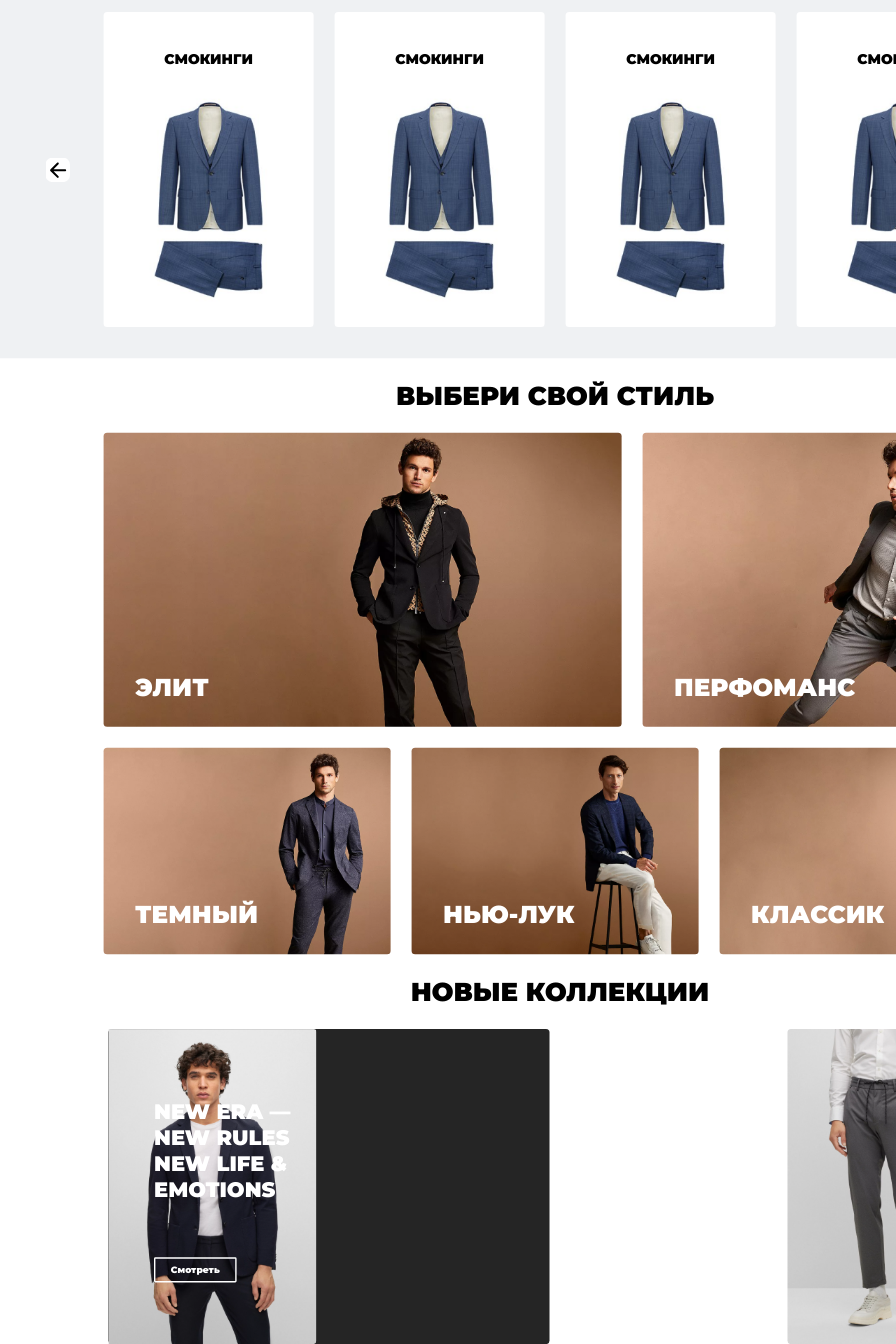
Repository: MaksimKrupkin/SigmaEllegance
Page: /
These files come from the project's save history. The page is drawn as it stood at one moment and after the next save; the edit follows.
The browser window is 1280 px wide. The pictures show the part of the page from y = 873 to 2793 px (the page is 2793 px tall), at 70% of full size.
An inner scrolling area shows only its first screen. Some web fonts or font styles are not loaded; a fallback is used. The project was rebuilt for these pictures with package versions that can differ from the ones it lists, and the page was loaded fresh each time.

Above is the page before, as saved 2023-11-23 23:18:55.

### public/index.html
<!DOCTYPE html>
<html lang="en">
  <head>
    <meta charset="utf-8" />

    <meta name="viewport" content="width=device-width, initial-scale=1" />

    <link rel="preconnect" href="https://fonts.googleapis.com" />
    <link rel="preconnect" href="https://fonts.gstatic.com" crossorigin />
    <link
      href="https://fonts.googleapis.com/css2?family=Roboto:wght@400;500;700&display=swap"
      rel="stylesheet" />
    <link
      href="https://fonts.googleapis.com/css2?family=Montserrat:ital,wght@0,300;0,500;0,600;0,900;1,400;1,500&family=Roboto:wght@400;500;700&display=swap"
      rel="stylesheet" />
    <link rel="preconnect" href="https://fonts.googleapis.com" />
    <link rel="preconnect" href="https://fonts.gstatic.com" crossorigin />
    <link
      href="https://fonts.googleapis.com/css2?family=Montserrat:wght@300&family=Roboto:wght@400;500;700&display=swap"
      rel="stylesheet" />
    <link href="https://fonts.cdnfonts.com/css/montserrat" rel="stylesheet" />
    <title>SigmaEllegance</title>
  </head>
  <body>
    <div id="root"></div>
  </body>
</html>

### src/App.js
import Header from './Components/Header/Header';
import HomePage from './Pages/HomePage';
import styles from './App.module.css';

function App() {
  return (
    <body>
      <div className={styles.container}>
        <Header />
        <HomePage />
      </div>
    </body>
  );
}

export default App;

### src/Components/Header/Header.jsx
import React from 'react';
import styles from './Header.module.css';
import logo from '../../assets/img/logo.svg';
import icon1 from '../../assets/img/Icon1.svg';
import icon2 from '../../assets/img/icon2.svg';
import icon3 from '../../assets/img/icon3.svg';
import icon4 from '../../assets/img/icon4.svg';

function Header() {
  return (
    <header className={styles.header}>
      <div className={styles.left_part}>
        <div className={styles.menu}>
          <img className={styles.icon1} src={icon1} alt="" />
          <p>Меню</p>
        </div>
        <div className={styles.search}>
          <img className={styles.icon2} src={icon2} alt="" />
          <p>Поиск</p>
        </div>
      </div>
      <div className={styles.logo_part}>
        <img className={styles.logo} src={logo} alt="" />
        <p>SigmaEllegance</p>
      </div>
      <div className={styles.right_part}>
        <div className={styles.liked}>
          <p>Желаемое</p>
          <img className={styles.icon3} src={icon3} alt="" />
        </div>
        <div className={styles.purchases}>
          <p>Мой SE</p>
          <img className={styles.icon4} src={icon4} alt="" />
        </div>
      </div>
    </header>
  );
}

export default Header;

### src/Pages/HomePage.jsx
import React from 'react';
import styles from './HomePage.module.css';
import mainScreenImage from '../assets/img/background.png';
import Slider from '../Components/Slider/Slider';
import Styles from '../Components/Styles/Styles';
import Collections from '../Components/Collections/Collections';

function HomePage() {
  return (
    <>
      <div className={styles.mainScreen}>
        <div className={styles.textBlock}>
          <div className={styles.title}>Мужская классика</div>
          <div className={styles.text}>
            Наши фирменные костюмы — это то, чем мы известны. Откройте для себя классические формы и
            оттенки, подходящие для вашего образа жизни.
          </div>
          <button className={styles.mainScreen_button}>Смотреть коллекцию</button>
        </div>
      </div>
      <Slider />
      <Styles />
      <Collections />
    </>
  );
}

export default HomePage;

### src/App.module.css
body {
  font-family: 'Montserrat', sans-serif;
  display: block;
  margin: 0 auto;
  padding: 0;
  width: 100%;
  overflow-x: hidden;
}
.container {
  width: 1600px;
  display: block;
  margin: 0 auto;
  position: relative;
}

*,
*::before,
*::after {
  box-sizing: border-box;
}

/* Links */

a,
a:link,
a:visited {
  text-decoration: none;
}

a:hover {
  text-decoration: none;
}

/* Common */

aside,
nav,
footer,
header,
section,
main {
  display: block;
}

h1,
h2,
h3,
h4,
h5,
h6,
p {
  font-size: inherit;
  font-weight: inherit;
}

ul,
ul li {
  list-style: none;
}

img {
  vertical-align: top;
}

img,
svg {
  max-width: 100%;
  height: auto;
}

address {
  font-style: normal;
}

/* Form */

input,
textarea,
button,
select {
  font-family: inherit;
  font-size: inherit;
  color: inherit;
  background-color: transparent;
}

input::-ms-clear {
  display: none;
}

button,
input[type='submit'] {
  display: inline-block;
  box-shadow: none;
  background-color: transparent;
  background: none;
  cursor: pointer;
}

input:focus,
input:active,
button:focus,
button:active {
  outline: none;
}

button::-moz-focus-inner {
  padding: 0;
  border: 0;
}

label {
  cursor: pointer;
}

legend {
  display: block;
}

### src/Components/Header/Header.module.css
.header {
  font-family: 'Montserrat', sans-serif;
  margin: 0 auto;
  width: 100%;
  height: 10vh;
  display: flex;
  justify-content: space-around;
  align-items: center;
}

.left_part {
  display: flex;
  justify-content: space-between;
  align-items: center;
  gap: 25px;
  color: #000;
  margin-bottom: -2px;

  font-family: Montserrat;
  font-size: 17px;
  font-style: normal;
  font-weight: 400;
  line-height: normal;
}
.menu {
  display: flex;
  justify-content: space-between;
  align-items: center;
  gap: 8px;
}
.icon1 {
  width: 22px;
  height: 22px;
  margin-bottom: 1px;
}
.search {
  display: flex;
  justify-content: space-between;
  align-items: center;
  gap: 8px;
}
.icon2 {
  width: 18px;
  height: 18px;
  margin-bottom: 3px;
}

.logo_part {
  margin-bottom: 3px;
  display: flex;
  justify-content: space-between;
  align-items: center;

  color: #000;

  font-family: Montserrat;
  font-size: 25px;
  font-style: normal;
  font-weight: 400;
  line-height: normal;
}

.logo {
  width: 67.375px;
  height: 69.103px;
  flex-shrink: 0;
  margin-right: -10px;
}
.right_part {
  margin-bottom: -2px;
  display: flex;
  justify-content: space-between;
  align-items: center;
  gap: 23px;
  font-family: Montserrat;
  font-size: 17px;
  font-style: normal;
  font-weight: 400;
  line-height: normal;
}

.liked {
  display: flex;
  justify-content: space-between;
  align-items: center;
  gap: 8px;
}
.icon3 {
  width: 22px;
  height: 22px;
  margin-bottom: 3px;
}

.purchases {
  display: flex;
  justify-content: space-between;
  align-items: center;
  gap: 8px;
}

.icon4 {
  width: 19px;
  height: 19px;
  margin-bottom: 3px;
}

### src/Pages/HomePage.module.css
.mainScreen {
  width: 1900px;
  height: 773px;
  position: relative;
  background-image: url(../assets/img/background.png);
  background-repeat: no-repeat;
  position: relative;
}
.mainScreen__image {
  width: 100%;
  height: 90vh;
}
.textBlock {
  position: absolute;
  top: 200px;
  left: 130px;
}
.title {
  color: #fff;
  font-family: Montserrat;
  font-size: 53px;
  font-style: normal;
  font-weight: 900;
  line-height: normal;
  text-transform: uppercase;
}

.text {
  margin-top: 50px;
  width: 550px;
  color: #fff;
  font-family: Montserrat;
  font-size: 25px;
  font-style: normal;
  font-weight: 400;
  line-height: 135%; /* 33.75px */
}
.mainScreen_button {
  display: flex;
  justify-content: center;
  align-items: center;
  margin-top: 60px;
  font-size: 20px;
  height: 40px;
  padding-left: 10px;
  padding-right: 10px;
  color: white;
  border: 3px solid white;
  border-radius: 5px;
  transition: all 0.1s ease-in;
}
.mainScreen_button:hover {
  scale: 1.02;
}

### src/Components/Slider/Slider.jsx
import React from 'react';
import styles from './Slider.module.css';
import leftArrow from '../../assets/img/Left Arrow.svg';
import rightArrow from '../../assets/img/Right Arrow.svg';
import SliderCard from '../SliderCard/SliderCard';

export default function Slider() {
  return (
    <div className={styles.slider_wrapper}>
      <img className={styles.leftArrow} src={leftArrow} alt="" />

      <div className={styles.slider}>
        <SliderCard />
        <SliderCard />
        <SliderCard />
        <SliderCard />
      </div>
      <img className={styles.rightArrow} src={rightArrow} alt="" />
    </div>
  );
}

### src/Components/Styles/Styles.jsx
import React from 'react';
import styles from './Styles.module.css';

export default function Styles() {
  return (
    <section className={styles.styles_section}>
      <h2 className={styles.title}>Выбери свой стиль</h2>
      <div className={styles.styles_wrapper}>
        <div className={styles.topLine}>
          <a>
            <div className={styles.style1}>
              <span className={styles.subtitle}>Элит</span>
            </div>
          </a>
          <a>
            <div className={styles.style2}>
              <span className={styles.subtitle}>Перфоманс</span>
            </div>
          </a>
        </div>
        <div className={styles.bottomLine}>
          <a>
            <div className={styles.style3}>
              <span className={styles.subtitle}>Темный</span>
            </div>
          </a>
          <a>
            <div className={styles.style4}>
              <span className={styles.subtitle}>Нью-лук</span>
            </div>
          </a>
          <a>
            <div className={styles.style5}>
              <span className={styles.subtitle}>Классик</span>
            </div>
          </a>
        </div>
      </div>
    </section>
  );
}

### src/Components/Collections/Collections.jsx
import React from 'react';
import styles from './Collections.module.css';
import image1 from '../../assets/img/collection1.png';

export default function Collections() {
  return (
    <section className={styles.collections_section}>
      <h2 className={styles.title}>Новые коллекции</h2>
      <div className={styles.collections_wrapper}>
        <div className={styles.collections_top}>
          <div className={styles.collection1}>
            <img className={styles.collection1_image} src={image1} alt="" />
            <p className={styles.subtitle}>New era —New Rules New life & emotions</p>
            <a className={styles.button}>Смотреть</a>
            <div className={styles.rightPart}></div>
          </div>

          <div className={styles.collection2}></div>
          <div className={styles.collection3}></div>
        </div>
        <div className={styles.collections_bottom}></div>
      </div>
    </section>
  );
}

### src/Components/Slider/Slider.module.css
.slider_wrapper {
  width: 1586px;
  height: 540px;
  background-color: #eff1f3;
  display: flex;
  flex-wrap: nowrap;
  justify-content: space-between;
  align-items: center;
  gap: 20px;
  overflow: hidden;
  padding-left: 65px;
  padding-right: 65px;
}
.leftArrow {
  display: block;
  width: 35px;
  height: 35px;
}
.slider {
  width: 1290px;
  display: flex;
  justify-content: space-between;
  align-items: center;
  gap: 30px;
}
.rightArrow {
  display: block;
  width: 35px;
  height: 35px;
}

### src/Components/SliderCard/SliderCard.jsx
import React from 'react';
import styles from './SliderCard.module.css';
import cardImage from '../../assets/img/card1.png';

export default function SliderCard() {
  return (
    <div className={styles.card}>
      <p className={styles.card_title}>Смокинги</p>
      <img className={styles.card_image} src={cardImage} alt="" />
    </div>
  );
}

### src/Components/Styles/Styles.module.css
.styles_section {
  width: 1586px;
  background-color: white;
  display: flex;
  flex-direction: column;
  align-items: center;
}
.title {
  color: #000;
  font-family: Montserrat;
  font-size: 37px;
  font-style: normal;
  font-weight: 700;
  line-height: normal;
  text-transform: uppercase;
}
.styles_wrapper {
  width: 1290px;
  display: flex;
  flex-direction: column;
  justify-content: space-between;
  gap: 30px;
}
.topLine {
  display: flex;
  justify-content: space-between;
  align-items: center;
  gap: 30px;
}

.bottomLine {
  display: flex;
  justify-content: space-between;
  align-items: center;
  gap: 30px;
}
.style1 {
  width: 740px;
  height: 420px;
  background-image: url(../../assets/img/style-1.png);
  color: #fff;
  border-radius: 5px;
  position: relative;
}
.style2 {
  width: 520px;
  height: 420px;
  background-image: url(../../assets/img/style-2.png);
  color: #fff;
  border-radius: 5px;
  position: relative;
}
.style3 {
  width: 410px;
  height: 295px;
  background-image: url(../../assets/img/style-3.png);
  color: #fff;
  border-radius: 5px;
  position: relative;
}
.style4 {
  width: 410px;
  height: 295px;
  background-image: url(../../assets/img/style-4.png);
  color: #fff;
  border-radius: 5px;
  position: relative;
}
.style5 {
  width: 410px;
  height: 295px;
  background-image: url(../../assets/img/style-5.png);
  color: #fff;
  border-radius: 5px;
  position: relative;
}
.subtitle {
  font-family: Montserrat;
  font-size: 35px;
  font-style: normal;
  font-weight: 800;
  line-height: normal;
  text-transform: uppercase;
  position: absolute;
  bottom: 35px;
  left: 45px;
}

### src/Components/Collections/Collections.module.css
.collections_section {
  width: 1600px;
  display: flex;
  flex-direction: column;
  align-items: center;
}
.title {
  color: #000;

  font-family: Montserrat;
  font-size: 37px;
  font-style: normal;
  font-weight: 700;
  line-height: normal;
  text-transform: uppercase;
}
.collections_wrapper {
  width: 1290px;
  display: flex;
  flex-direction: column;
  justify-content: center;
}
.collections_top {
  display: flex;
  flex-direction: row;
  justify-content: space-between;
}

.collection1 {
  display: inline-block;
  position: absolute;
  vertical-align: top; /* Установка вертикального выравнивания */
  width: 630px; /* Установка ширины каждой коллекции */
  height: 450px; /* Установка высоты каждой коллекции */
  border-radius: 5px;
  margin-right: 20px; /* Отступ между коллекциями */
  background-color: #252525;
}
.collection1_image {
  position: inherit;
  border-top-right-radius: 4px;
  border-bottom-right-radius: 5px;
  top: 0px;
  width: 297px;
  height: 100%;
}

.subtitle {
  position: relative;
  top: 70px;
  left: 65px;
  width: 195px;
  height: 148px;
  color: #fff;
  font-family: Montserrat;
  font-size: 30px;
  font-style: normal;
  font-weight: 900;
  line-height: normal;
  text-transform: uppercase;
}
.button {
  position: relative;
  top: 118px;
  left: 65px;
  display: block;
  width: 118px;
  height: 36px;
  border: 2px solid white;
  border-radius: 2px;
  background-color: transparent;
  color: white;
  padding-top: 8px;
  text-align: center;
  font-size: 13px;
  font-style: normal;
  font-weight: 700;
  line-height: normal;
}

.collection2 {
  display: inline-block;
  vertical-align: top; /* Установка вертикального выравнивания */
  width: 300px; /* Установка ширины каждой коллекции */
  height: 450px; /* Установка высоты каждой коллекции */
  border-radius: 5px;
  background-size: cover; /* Растягивание изображения для заполнения контейнера */
  margin-right: 20px; /* Отступ между коллекциями */
  background-image: url(../../assets/img/collection2.png);
}

.collection3 {
  display: inline-block;
  vertical-align: top; /* Установка вертикального выравнивания */
  width: 300px; /* Установка ширины каждой коллекции */
  height: 450px; /* Установка высоты каждой коллекции */
  border-radius: 5px;
  background-size: cover; /* Растягивание изображения для заполнения контейнера */
  margin-right: 20px; /* Отступ между коллекциями */
  background-image: url(../../assets/img/collection3.png);
}

### src/Components/SliderCard/SliderCard.module.css
.card {
  width: 300px;
  height: 450px;
  background-color: white;
  border-radius: 5px;
  display: flex;
  flex-direction: column;
  align-items: center;
  padding-top: 35px;
  padding-bottom: 65px;
  gap: 25px;
}
.card_title {
  color: #000;
  font-family: Montserrat;
  font-size: 20px;
  font-style: normal;
  font-weight: 700;
  line-height: normal;
  text-transform: uppercase;
}

.card_image {
  width: 190px;
}

Loaded but not shown: src/index.js (common file)

After the next save:
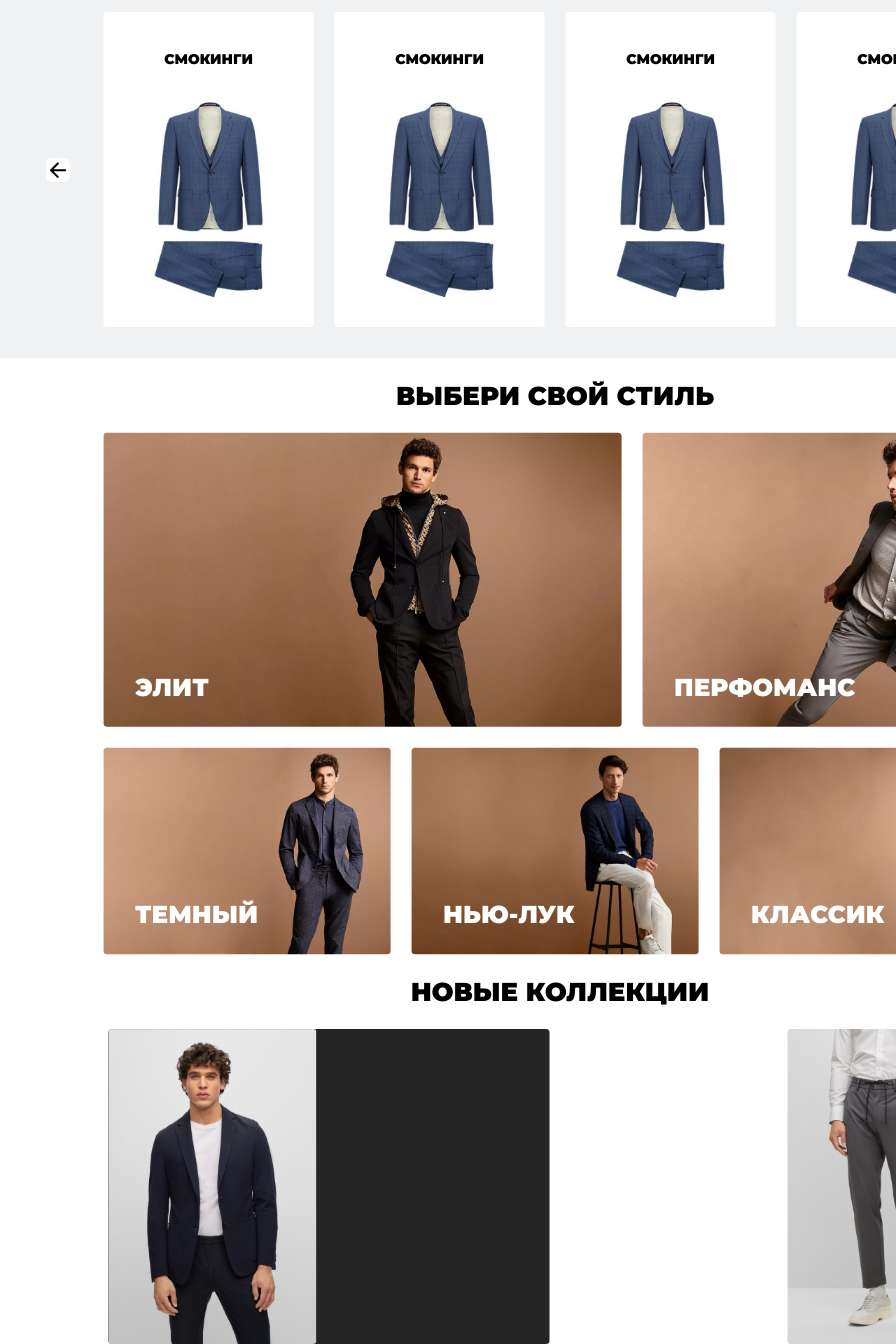
Saved 13 s later.
--- a/src/Components/Collections/Collections.module.css
+++ b/src/Components/Collections/Collections.module.css
@@ -37,7 +37,7 @@
   background-color: #252525;
 }
 .collection1_image {
-  position: inherit;
+  position: initial;
   border-top-right-radius: 4px;
   border-bottom-right-radius: 5px;
   top: 0px;

After the save that followed:
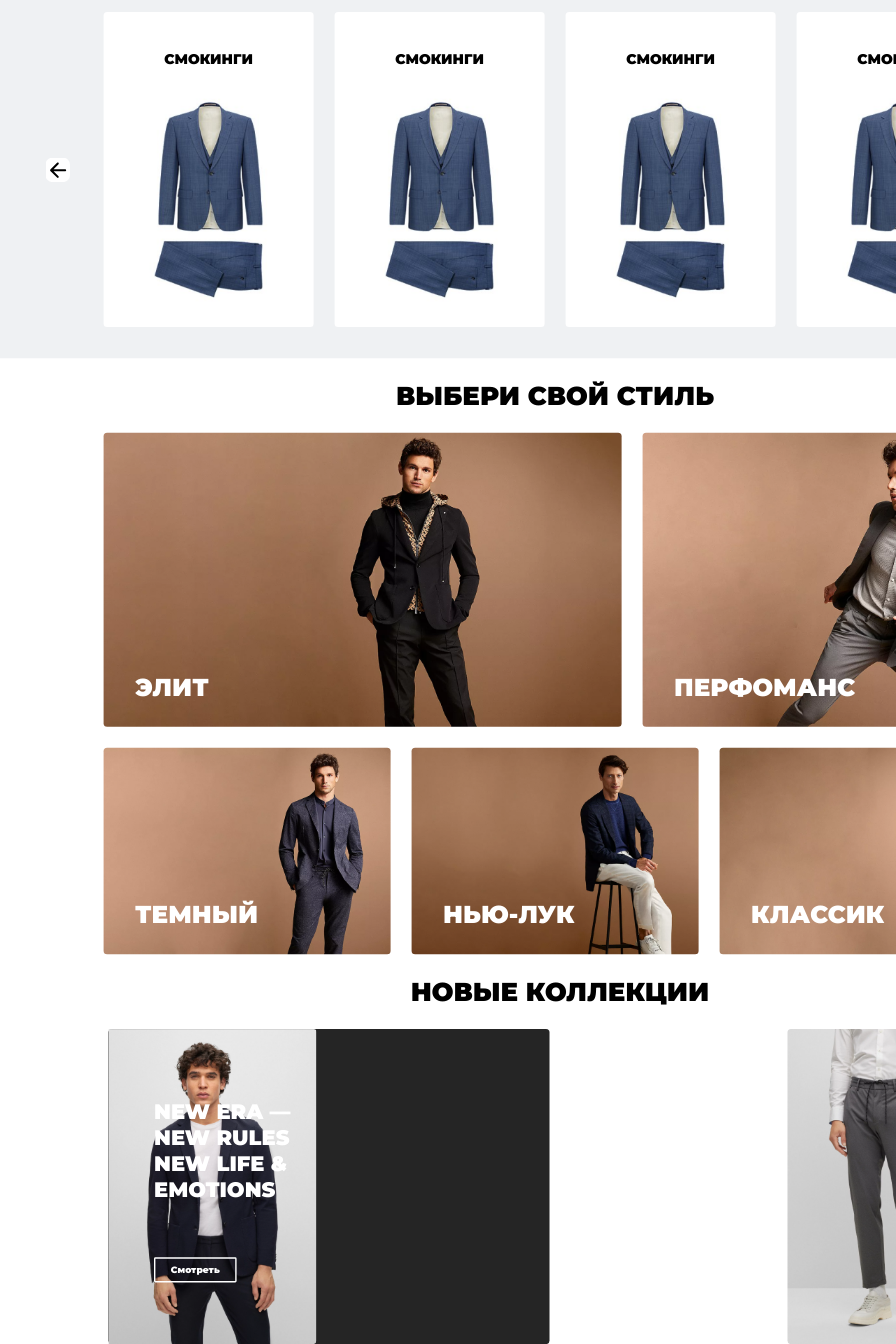
Saved 6 s later.
--- a/src/Components/Collections/Collections.module.css
+++ b/src/Components/Collections/Collections.module.css
@@ -37,7 +37,7 @@
   background-color: #252525;
 }
 .collection1_image {
-  position: initial;
+  position: inherit;
   border-top-right-radius: 4px;
   border-bottom-right-radius: 5px;
   top: 0px;
